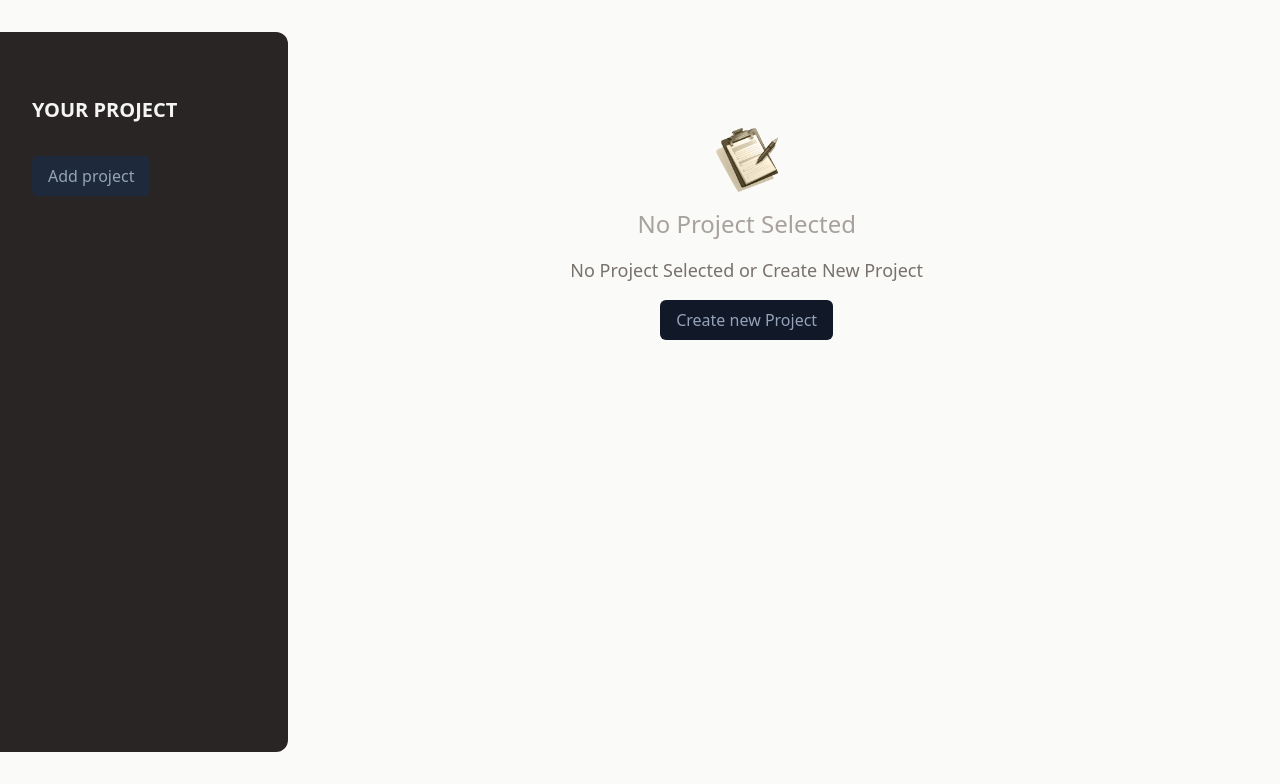
Repository: sibi24sibi/todo-list-using-reactjs
Page: /
These files come from the project's save history. The page is drawn as it stood at one moment and after the next save; the edit follows.
The browser window is 1280 px wide. The pictures show the whole page.
The project was rebuilt for these pictures with package versions that can differ from the ones it lists, and the page was loaded fresh each time. Also part of the build but not shown: vite.config.js, src/Components/Input.jsx, src/Components/NewProjects.jsx.

Above is the page before, as saved 2024-06-26 12:36:58.

### src/App.jsx
import { useState } from "react";
import NewProjects from "./Components/NewProjects";
import NoProjects from "./Components/NoProjects";
import SideBar from "./Components/SideBar";
function App() {
  const [projectsState, setProjectState] = useState({
    selectedProjectId: undefined,
    projects: [],
  });

  function handleStartAddProject() {
    setProjectState((prevState) => {
      return {
        ...prevState,
        selectedProjectId: null,
      };
    });
  }

  function handleAddProject(projectData) {
    setProjectState((prevState) => {
      const newProject = {
        ...projectData,
        id: Math.random(),
      };
      return {
        ...prevState,
        projects: [...prevState.projects, newProject],
      };
    });
  }

  let content;

  if (projectsState.selectedProjectId === null) {
    content = <NewProjects onAdd={handleAddProject} />;
  } else if (projectsState.selectedProjectId === undefined) {
    content = <NoProjects onStartAddProject={handleStartAddProject} />;
  }

  return (
    <>
      <main className="h-screen my-8 flex gap-8">
        <SideBar onStartAddProject={handleStartAddProject} />
        {content}
      </main>
    </>
  );
}

export default App;

### src/Components/NoProjects.jsx
import noProjects from "../assets/no-projects.png";
import Button from "./Button";

export default function Noprojects({ onStartAddProject }) {
  return (
    <div className="w-2/3  mt-24 text-center">
      <img
        src={noProjects}
        alt="No Projects"
        className="w-16 h-16 object-contain mx-auto"
      />
      <h2 className="text-2xl my-4  text-stone-400 ">No Project Selected</h2>
      <p className=" text-lg my-4  text-stone-500 ">
        No Project Selected or Create New Project
      </p>
      <p>
        <Button onClick={onStartAddProject}>Create new Project</Button>
      </p>
    </div>
  );
}

### src/Components/SideBar.jsx
import Button from "./Button";

export default function SideBar({ onStartAddProject }) {
  return (
    <aside className="w-1/3 px-8 py-16 bg-stone-800 text-stone-50 md:w-72 rounded-r-xl">
      <h2 className="mb-8 font-bold uppercase md:text-xl text-stone-100">
        your project
      </h2>
      <div>
        <Button
          onClick={onStartAddProject}
          className="px-4 py-2 text-slate-400 hover:text-slate-900 md:text-base rounded-md bg-slate-800 hover:bg-slate-400"
        >
          Add project
        </Button>
      </div>
      <ul></ul>
    </aside>
  );
}

### src/Components/Button.jsx
export default function Button({ children, ...props }) {
  return (
    <button
      className="px-4 py-2 text-slate-400 hover:text-gray-950 md:text-base rounded-md  bg-gray-900  hover:bg-slate-400 "
      {...props}
    >
      {children}
    </button>
  );
}

Loaded but not shown: index.html (common file); src/main.jsx (common file); src/index.css (common file); tailwind.config.js (common file)

After the next save:
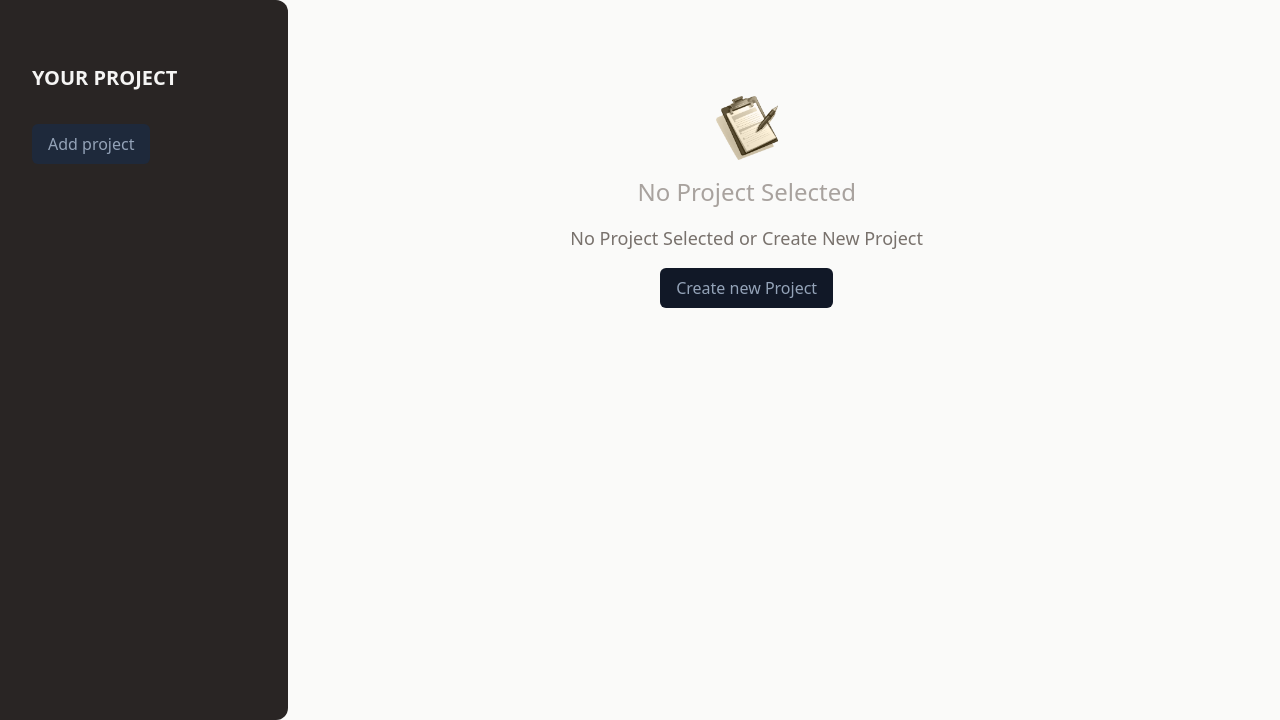
Saved 35 min 30 s later.
--- a/src/App.jsx
+++ b/src/App.jsx
@@ -40,7 +40,7 @@ function App() {
 
   return (
     <>
-      <main className="h-screen my-8 flex gap-8">
+      <main className="h-screen flex gap-8">
         <SideBar onStartAddProject={handleStartAddProject} />
         {content}
       </main>
